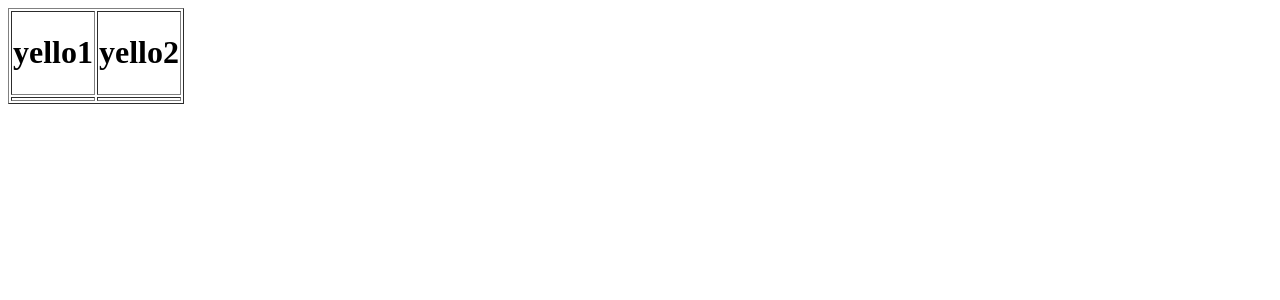
Repository: shindonguk/javapro
Page: htmls/WebContent/mouse/star.html
The author's editor kept a copy of each file at every save. The page is drawn from the files as they stood at one save, then again after a run of saves.
The browser window is 1280 px wide. The pictures show the whole page.

Above is the page before, as saved 2017-01-16 08:34:42.
Console error: SyntaxError: Unexpected end of input

After the next 2 saves:
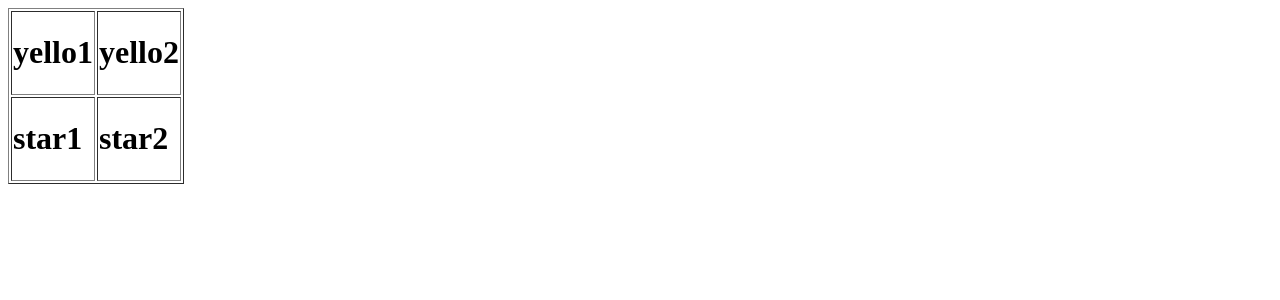
The 2 saves are shown as one change because they came seconds apart.
The last was saved 15 s later.
--- a/htmls/WebContent/mouse/star.html
+++ b/htmls/WebContent/mouse/star.html
@@ -28,8 +28,8 @@ window.onload=function(){
 		<td id="yello2"><h1>yello2</h1></td>
 	</tr>
 	<tr>
-		<td id="star1"></td>
-		<td id="star2"></td>
+		<td id="star1"><h1>star1</h1></td>
+		<td id="star2"><h1>star2</h1></td>
 	</tr>
 
 </table>
